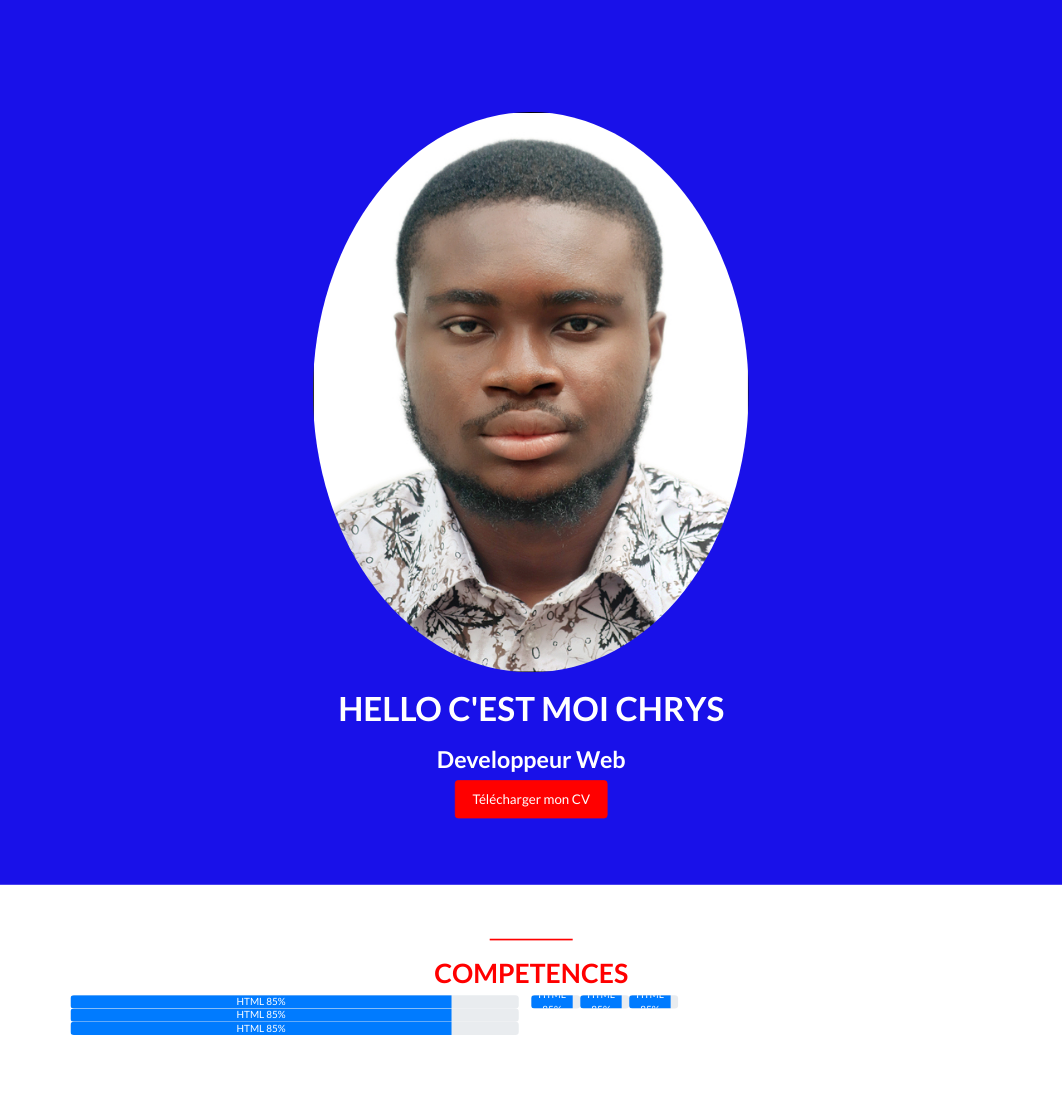
Repository: CHRYSOVR/CV_en_ligne_Interactif
Page: index.html
An editor plug-in stored every save of this project. The page is shown before and after the next save, followed by the edit.
The browser window is 1280 px wide. The pictures show the whole page, at 83% of full size.

Above is the page before, as saved 2025-07-07 16:35:20.
Console error: TypeError: Cannot read properties of undefined (reading 'fn')

After the next save:
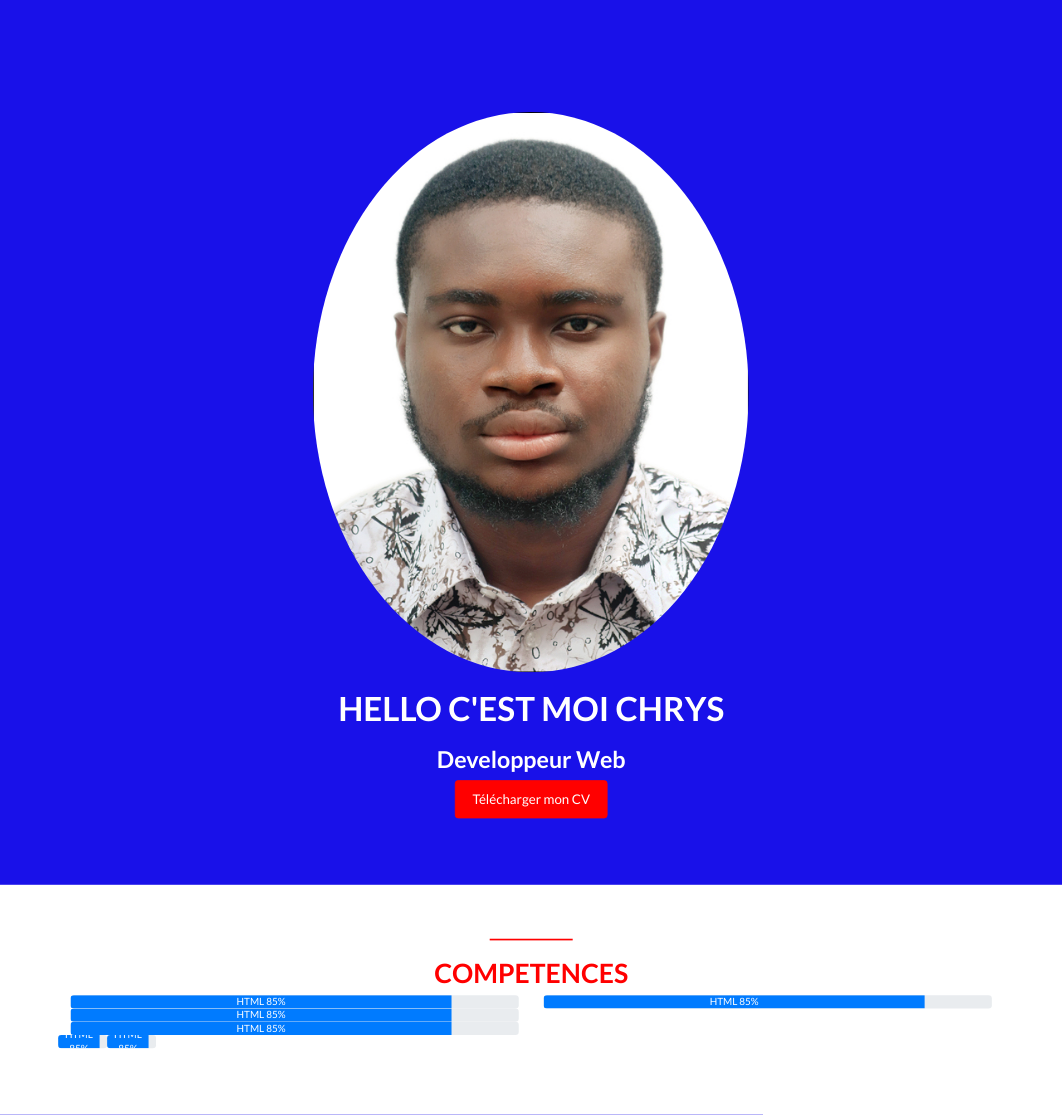
Saved 40 s later.
--- a/index.html
+++ b/index.html
@@ -42,7 +42,8 @@
 </div>
 <var><var>
         </div>
-        <div><div class="progress">
+        <div class="col-lg-6">
+            <div class="progress">
   <div class="progress-bar" role="progressbar" style="width: 85%;" aria-valuenow="85" aria-valuemin="0" aria-valuemax="100">HTML 85%</div>
 </div> </var></var>
     </div>
